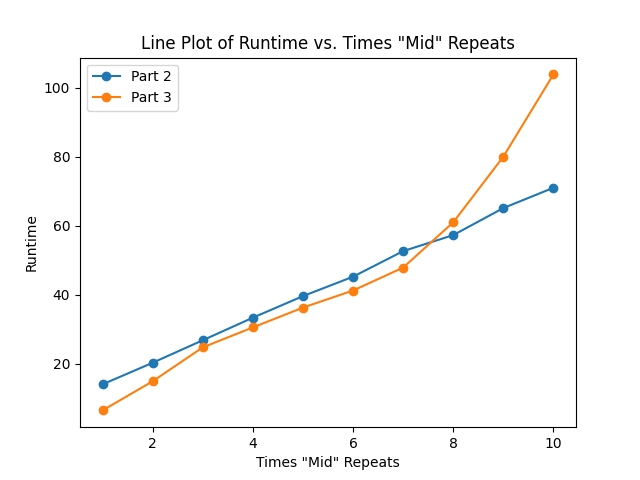
Repository: kingsoneight/CS350-Computer-System
Script's output: python hw7/EVAL/1c.py
These files come from the project's save history. The script's output is drawn as it stood at one moment and after the next save; the edit follows.
Random numbers start from a fixed seed.

Above is the script's output before, as saved 2023-12-04 22:46:15.

After the next save:
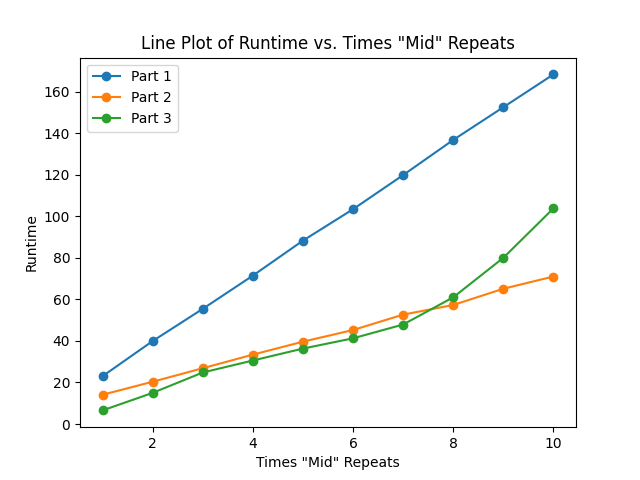
Saved 33 s later.
--- a/hw7/EVAL/1c.py
+++ b/hw7/EVAL/1c.py
@@ -1,6 +1,10 @@
 import matplotlib.pyplot as plt
 
 # Sample data (replace with your own data)
+
+x_values = [1, 2, 3, 4, 5, 6, 7, 8, 9, 10]
+y_values = [23.03, 39.94, 55.44, 71.43, 88.27,
+            103.39, 119.82, 136.73, 152.48, 168.26]
 
 x_values2 = [1, 2, 3, 4, 5, 6, 7, 8, 9, 10]
 y_values2 = [14.11, 20.36, 26.87, 33.4, 39.64,
@@ -11,6 +15,7 @@ y_values3 = [6.57, 15, 24.81, 30.58, 36.32,
              41.26, 47.9, 61, 80, 103.8]
 
 # Create the plot
+plt.plot(x_values, y_values, marker='o', linestyle='-', label="Part 1")
 plt.plot(x_values2, y_values2, marker='o', linestyle='-', label="Part 2")
 plt.plot(x_values3, y_values3, marker='o', linestyle='-', label="Part 3")
 
